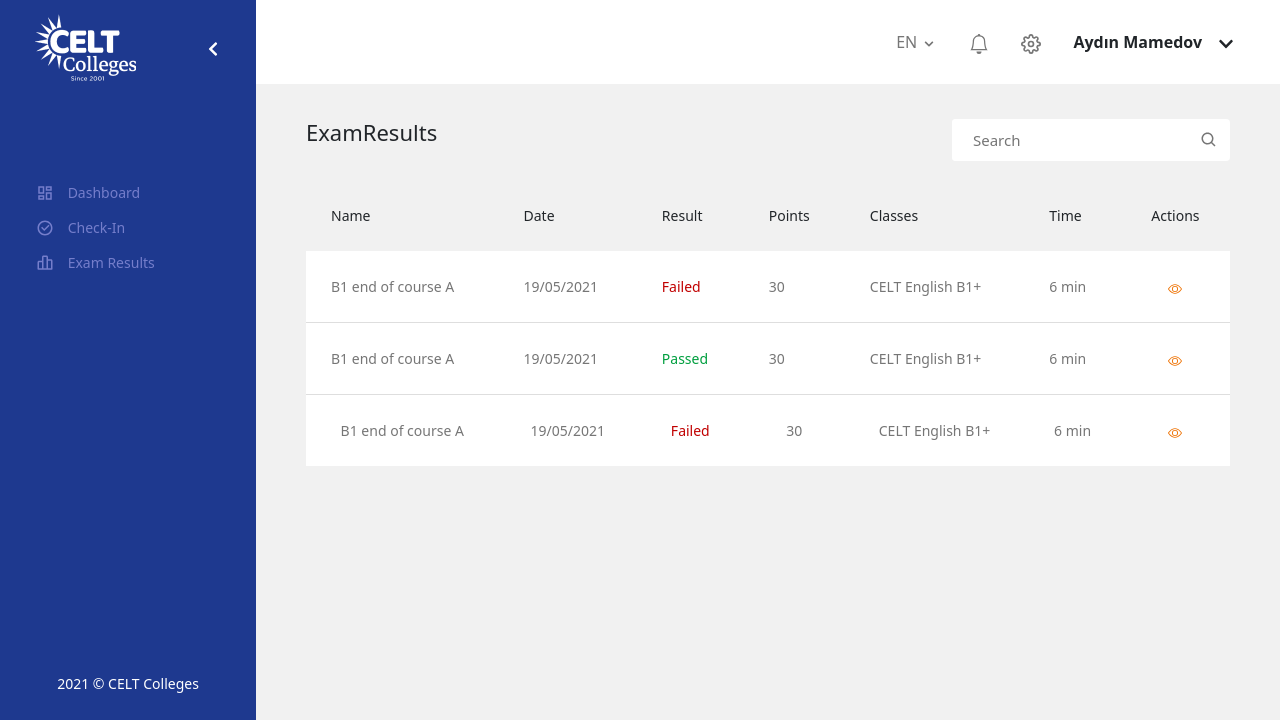
Repository: aydinws/celtapp
Page: /examresults
The author's editor kept a copy of each file at every save. The page is drawn from the files as they stood at one save, then again after the next save.
The browser window is 1280 px wide. The pictures show the whole page.
The project was rebuilt for these pictures with package versions that can differ from the ones it lists, and the page was loaded fresh each time. Also part of the build but not shown: src/pages/Dashboard/index.scss, src/pages/Dashboard/index.js, src/pages/ExamResults/index.scss.

Above is the page before, as saved 2021-06-09 12:48:53.

After the next save:
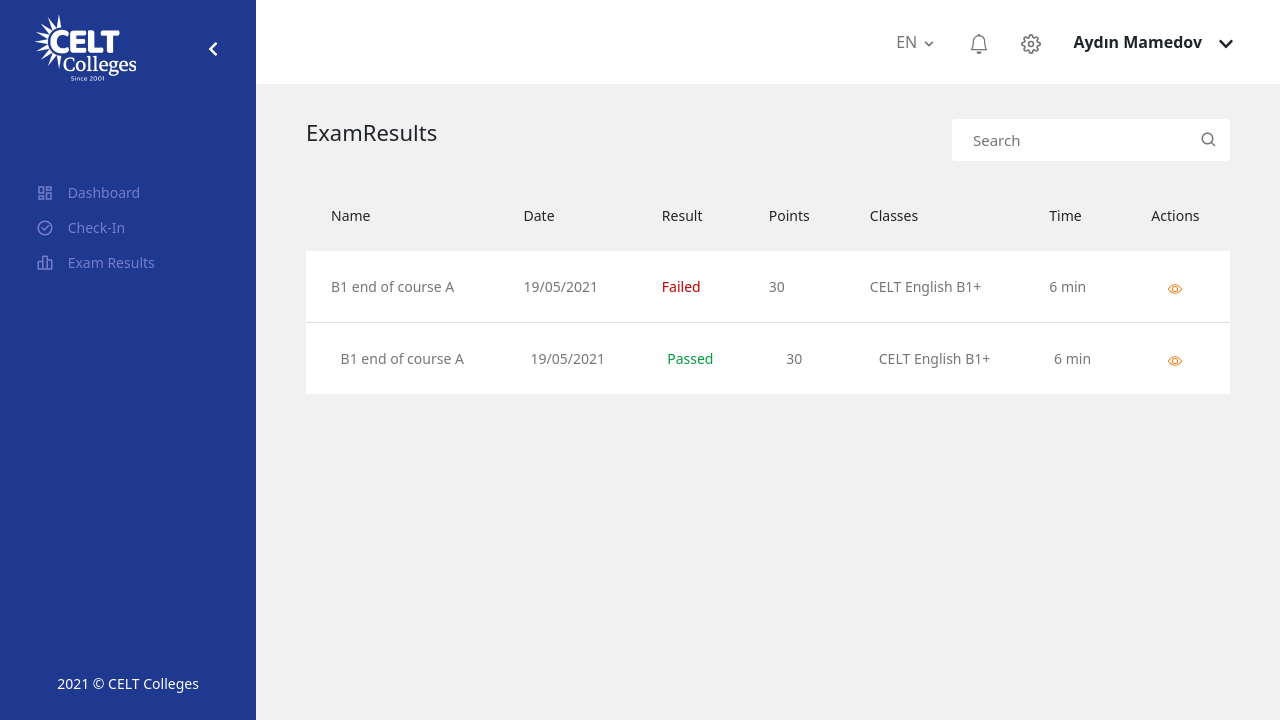
Saved 3 min 26 s later.
--- a/src/pages/ExamResults/index.js
+++ b/src/pages/ExamResults/index.js
@@ -56,21 +56,10 @@
                                         <BsEye className="orange c-pointer" />
                                     </td>
                                 </tr>
-                                <tr key="1">
+                                <tr key="2">
                                     <td>B1 end of course A</td>
                                     <td>19/05/2021</td>
                                     <td className="green">Passed</td>
-                                    <td>30</td>
-                                    <td>CELT English B1+</td>
-                                    <td>6 min</td>
-                                    <td>
-                                        <BsEye className="orange c-pointer" />
-                                    </td>
-                                </tr>
-                                <tr key="1">
-                                    <td>B1 end of course A</td>
-                                    <td>19/05/2021</td>
-                                    <td className="red">Failed</td>
                                     <td>30</td>
                                     <td>CELT English B1+</td>
                                     <td>6 min</td>

After the save that followed:
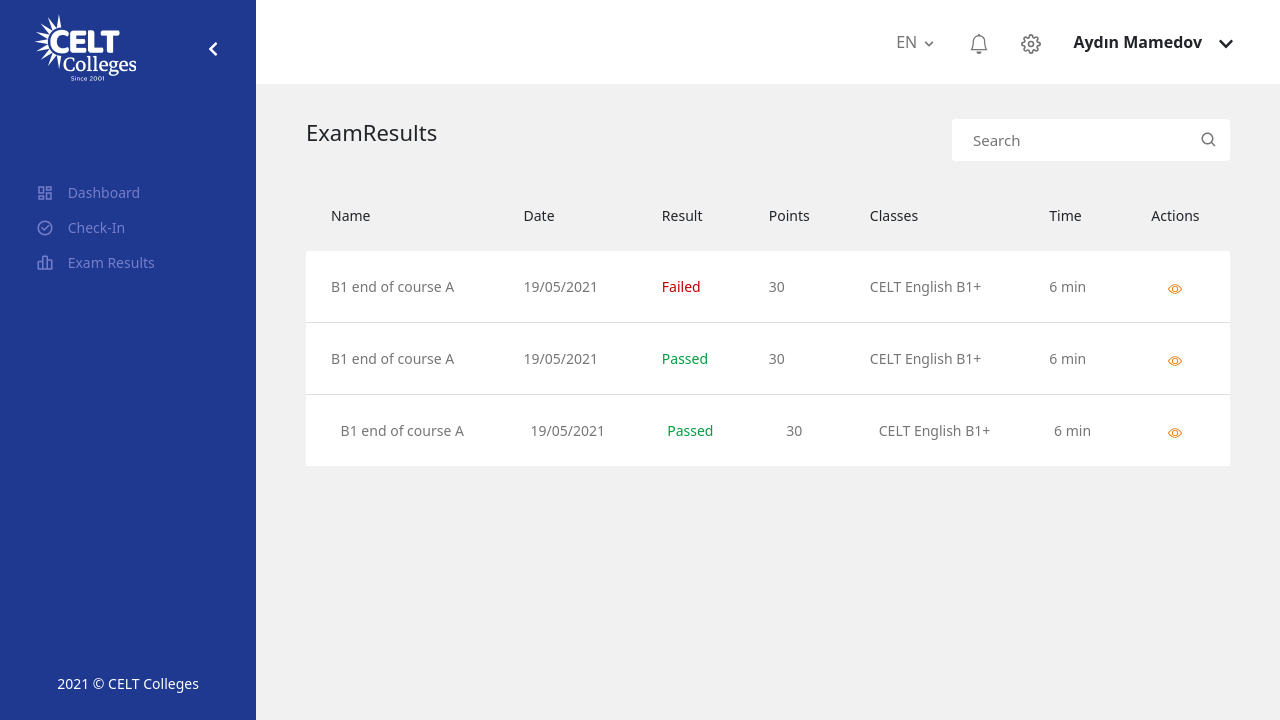
Saved 4 s later.
--- a/src/pages/ExamResults/index.js
+++ b/src/pages/ExamResults/index.js
@@ -67,6 +67,17 @@
                                         <BsEye className="orange c-pointer" />
                                     </td>
                                 </tr>
+                                <tr key="3">
+                                    <td>B1 end of course A</td>
+                                    <td>19/05/2021</td>
+                                    <td className="green">Passed</td>
+                                    <td>30</td>
+                                    <td>CELT English B1+</td>
+                                    <td>6 min</td>
+                                    <td>
+                                        <BsEye className="orange c-pointer" />
+                                    </td>
+                                </tr>
                             </tbody>
                         </table>
                     </div>
